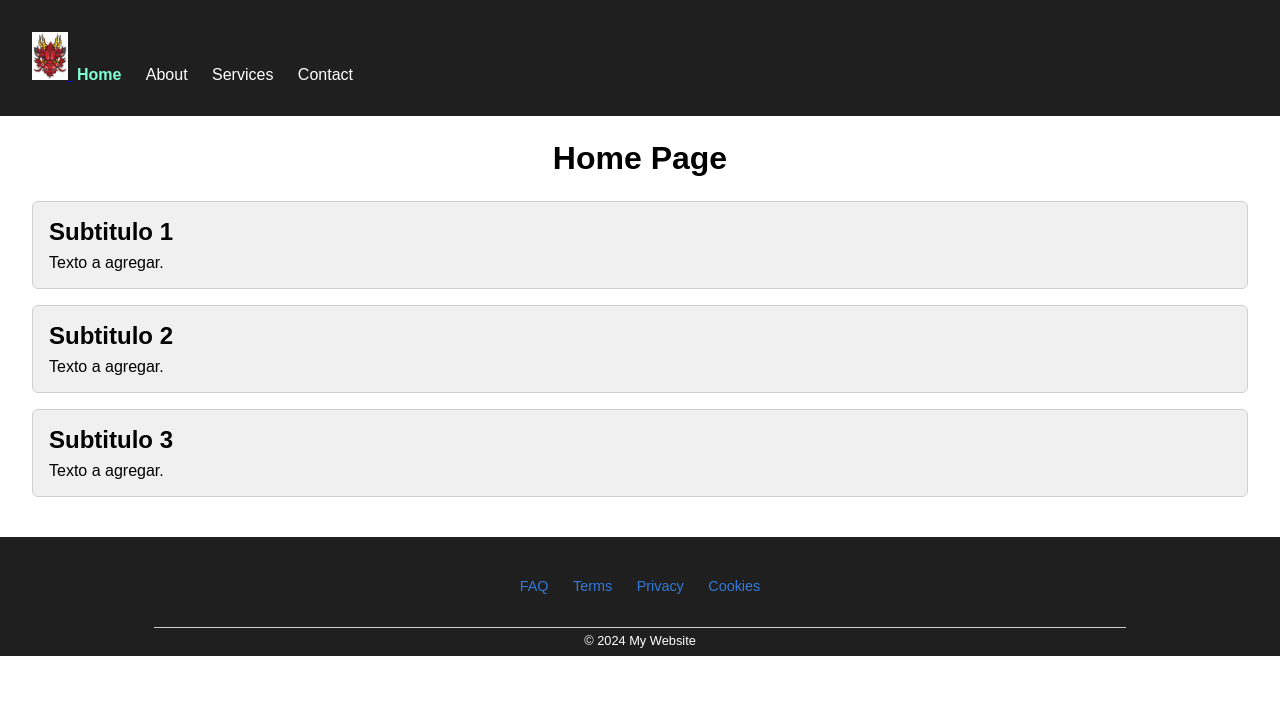
Repository: andreamm-lab/basic-navigation-example-2025-10
Page: index.html
These files come from the project's save history. The page is drawn as it stood at one moment and after the next save; the edit follows.
The browser window is 1280 px wide. The pictures show the whole page.

Above is the page before, as saved 2025-11-06 18:53:21.

### index.html
<!DOCTYPE html>
<html lang="en">
<head>
    <meta charset="UTF-8">
    <meta name="viewport" content="width=device-width, initial-scale=1.0">
    <title>Basic Nav Example</title>
    <link rel="stylesheet" href="./main.css">
</head>
<body>
    <header>
        <!--Primary navigation-->
        <nav aria-label="Primary navigation">
            <a href="index.html">
                <img src="images/dragon.png" alt="Dragon logo">
            </a>
            <span class="spacer"></span>
            <ul>
                <li><a href="index.html" class="current">Home</a></li>
                <li><a href="pages/about.html">About</a></li>
                <li><a href="pages/services.html">Services</a></li>
                <li><a href="pages/contact.html">Contact</a></li>
            </ul>
        </nav>
    </header>

    <main class="home-main">
        <h1 id="page-title">Home Page</h1>

        <div class="card-grid">
            <article class="card">
                <h2>Subtitulo 1</h2>
                <p>Texto a agregar.</p>
            </article>
            <article class="card">
                <h2>Subtitulo 2</h2>
                <p>Texto a agregar.</p>
            </article>
            <article class="card">
                <h2>Subtitulo 3</h2>
                <p>Texto a agregar.</p>
            </article>
        </div>
    </main>

    <!--Footer navigation-->
    <footer id="main-footer">
        <nav aria-label="Footer navigation">
            <ul>
                <li><a href="#">FAQ</a></li>
                <li><a href="#">Terms</a></li>
                <li><a href="#">Privacy</a></li>
                <li><a href="#">Cookies</a></li>
            </ul>
        </nav>
        <hr class="footer-line">
        <p>© 2024 My Website</p>
    </footer>
</body>
</html>

### main.css
/* 1.---------------------------------- General Setup ------------------------------------*/

* {
    box-sizing: border-box; /* How to calculate dimensiones */
    margin: 0; /* Distance beetween words */
    padding: 0; /* viñetas */
}

/* All Font Page */
body {
    font-family: Arial, Helvetica, sans-serif;
    background-color: #ffffff;
    color: #000;
}



/* 2.--------------------------- Header - Upper Menu - Encabezado -----------------------------*/

/* background box and colors */
nav {
    padding: 32px 32px;
    min-height: 80px;
    background-color: #1F1F1F;
}

/* Icon */
nav img {
    max-height: 48px;
    background-color: white;
}

/* Top Horizontal Menu */
/* Aligning calculation*/
.spacer {
    display: inline-block;
    width: calc(10% - 40px - 320px);
}

/* Words Distribution */
nav ul {
    list-style: none;
    display: inline-block;
    vertical-align: bottom;
}

nav ul li {
    display: inline-block;
    margin-right: 20px;
}

nav ul li:last-child {
    margin-right: 0;
}

nav ul li a {
    text-decoration: none;
}

nav ul li a:link,
nav ul li a:visited {
    color: white;
}

nav ul li a.current {
    color: aquamarine;
    font-weight: bold;
}

nav ul li a:hover {
    color: rgb(92, 229, 0);
}

/*--------------------------- Body - White Space -----------------------------*/

main {
    display: block;
    padding: 24px 32px;
    min-height: 400px;
}



/* Home Page Title */
#page-title {
    font-size: 2rem;
}

.home-main h1 {
    text-align: center;
    margin-bottom: 24px;
}

/* text cards */
.card-grid {
    display: block; /* vertical align */
}

.card {
    background-color: #f0f0f0;
    border: 1px solid #d0d0d0;
    border-radius: 6px;
    padding: 16px;
    margin-bottom: 16px;
}

.card h2 {
    margin-bottom: 8px;
}

/* Side menu on Services */
.page {
    display: block;
}

.main-content {
    display: inline-block;
    width: 69%;
    vertical-align: top;
}

.side-nav {
    display: inline-block;
    width: 28%;
    background-color: #2a2a2a;
    color: #fff;
    margin-left: 1%;
    padding: 16px;
    min-height: 320px;
    border: 1px solid #000;
}

.side-nav h2 {
    margin-bottom: 12px;
}

.side-nav ul {
    list-style: none;
}

.side-nav ul li {
    margin-bottom: 8px;
    display: block;
}

.side-nav ul li a {
    color: #4bb4ff;
    text-decoration: none;
}

.side-nav ul li a:hover {
    text-decoration: underline;
}

/* footer */

/* FAQ, Terms, etc. */

#main-footer nav ul {
    display: inline-block;
    list-style: none;
    margin-bottom: 0px; /* Distance between FAQ text and white line */
}

#main-footer nav ul li {
    display: inline-block;
    margin: 0 10px; /*Distance between words in footer: FAQ, Terms, etc. */
}

#main-footer nav ul li a {
    color: rgb(51, 122, 216); /* Text color */
    text-decoration: none;
    font-size: 0.9rem;
}

/* Last Line Text: My Website */
#main-footer {
    background-color: #1F1F1F;
    color: rgb(255, 255, 255);
    text-align: center;
    padding: 8px 32px; /* 1st number: inferior margin | 2nd: weight and it affects the line also. */
}


#main-footer p {
    font-size: 0.8rem; /* Font size. 'P' is necesary because */
}



.footer-line {
  border: none;
  border-top: 1px solid #ccc;
  margin: 0px auto 5px;
  width: 80%;
}

After the next save:
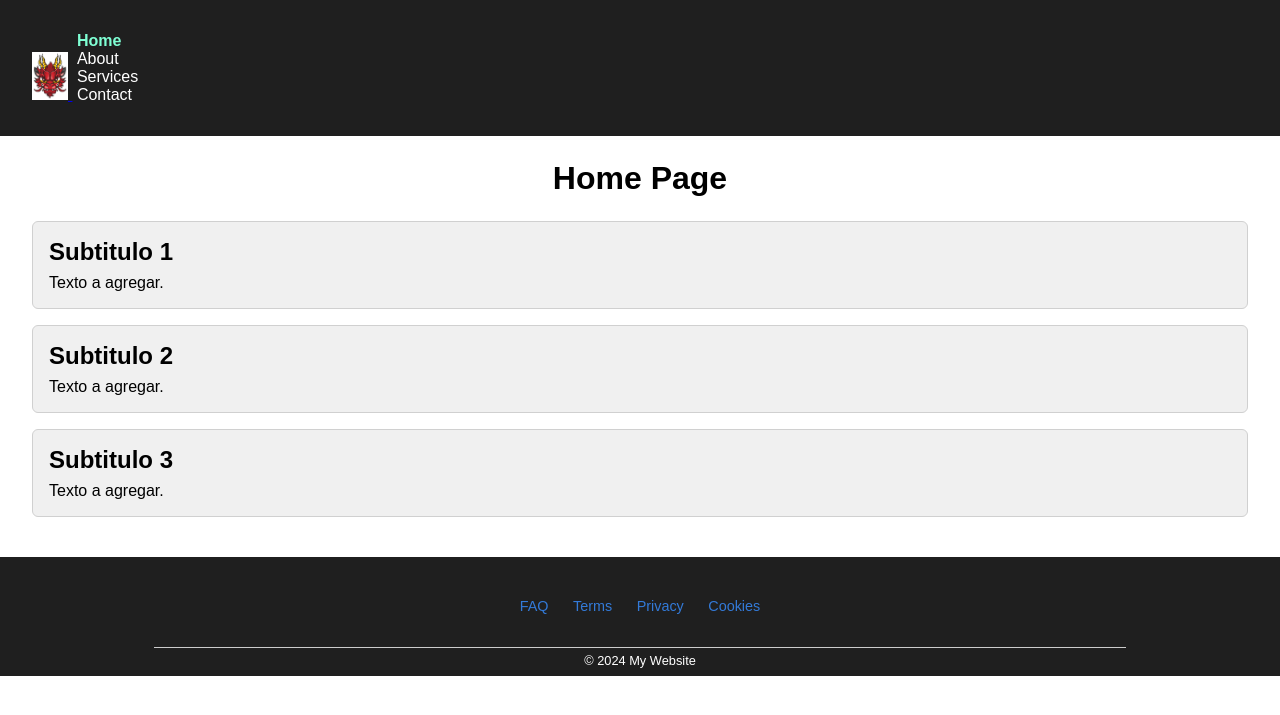
Saved 6 s later.
--- a/main.css
+++ b/main.css
@@ -44,10 +44,7 @@ nav ul {
     vertical-align: bottom;
 }
 
-nav ul li {
-    display: inline-block;
-    margin-right: 20px;
-}
+
 
 nav ul li:last-child {
     margin-right: 0;
